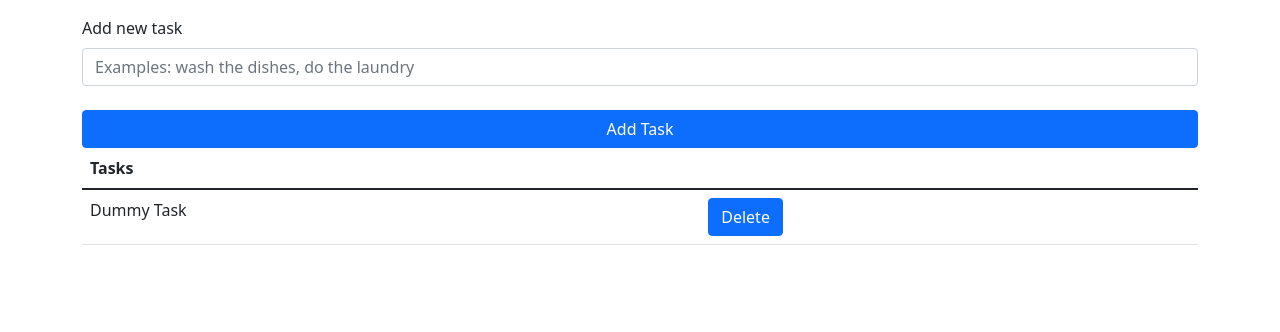
Repository: jchukwuezi/React-RestEASY-CRUD
Page: / (app in frontend/)
These files come from the project's save history. The page is drawn as it stood at one moment and after the next save; the edit follows.
The browser window is 1280 px wide. The pictures show the whole page.
The project was rebuilt for these pictures with package versions that can differ from the ones it lists, and the page was loaded fresh each time.

Above is the page before, as saved 2022-03-26 13:24:12.

After the next save:
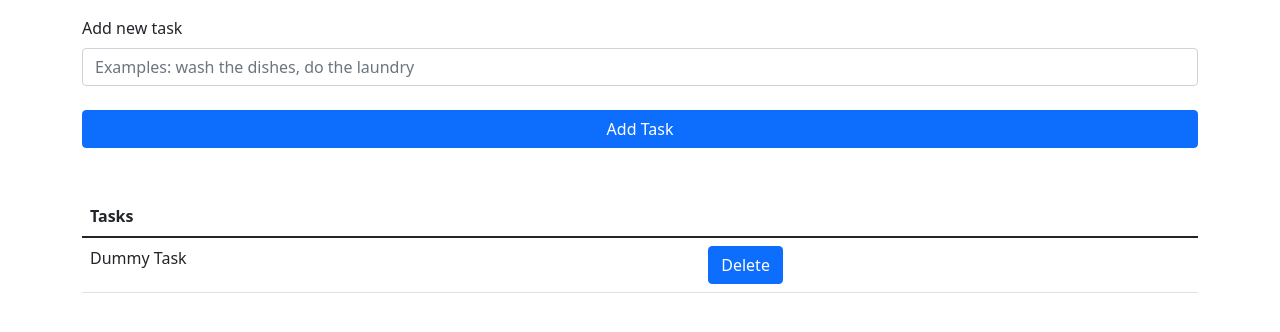
Saved 7 s later.
--- a/frontend/src/TaskTable.js
+++ b/frontend/src/TaskTable.js
@@ -3,7 +3,7 @@
 
 const TaskTable = () =>{
     return(
-        <Table responsive className='mt-6'>
+        <Table responsive className='mt-5'>
             <thead>
                 <tr>
                     <th>Tasks</th>

After the save that followed:
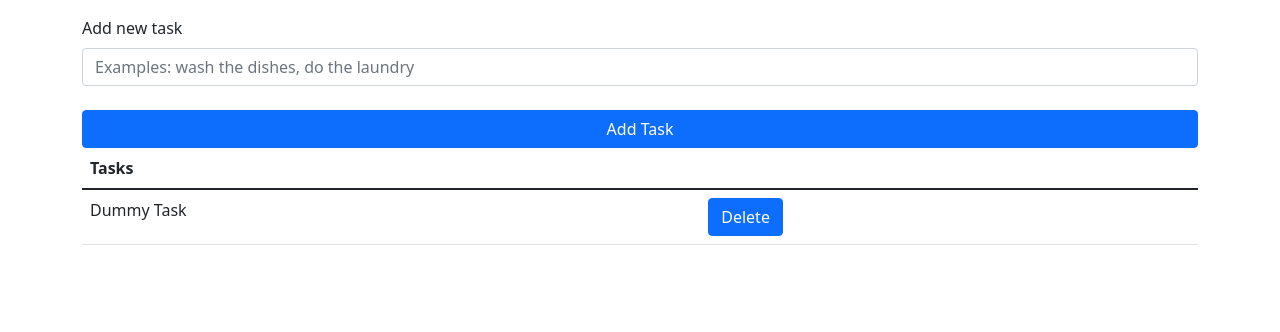
Saved 8 s later.
--- a/frontend/src/TaskTable.js
+++ b/frontend/src/TaskTable.js
@@ -3,7 +3,7 @@
 
 const TaskTable = () =>{
     return(
-        <Table responsive className='mt-5'>
+        <Table responsive>
             <thead>
                 <tr>
                     <th>Tasks</th>
